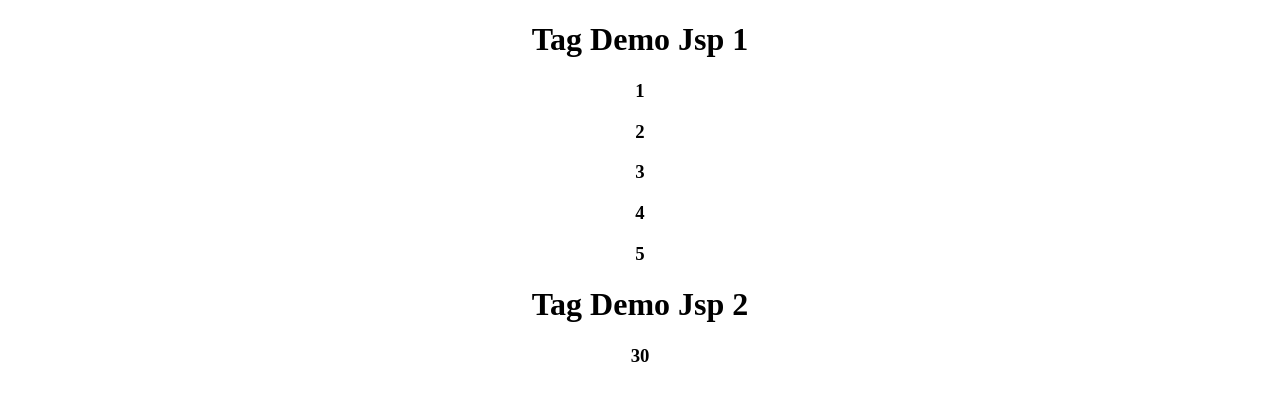
Repository: dannytayade1495/WEJE3
Page: http://localhost/jsp/TagDemo2.jsp
An editor plug-in stored every save of this project. The page is shown before and after the next save, followed by the edit.
The browser window is 1280 px wide. The pictures show the whole page.
The page is served by Tomcat 9.

Above is the page before, as saved 2023-03-23 10:59:03.

After the next save:
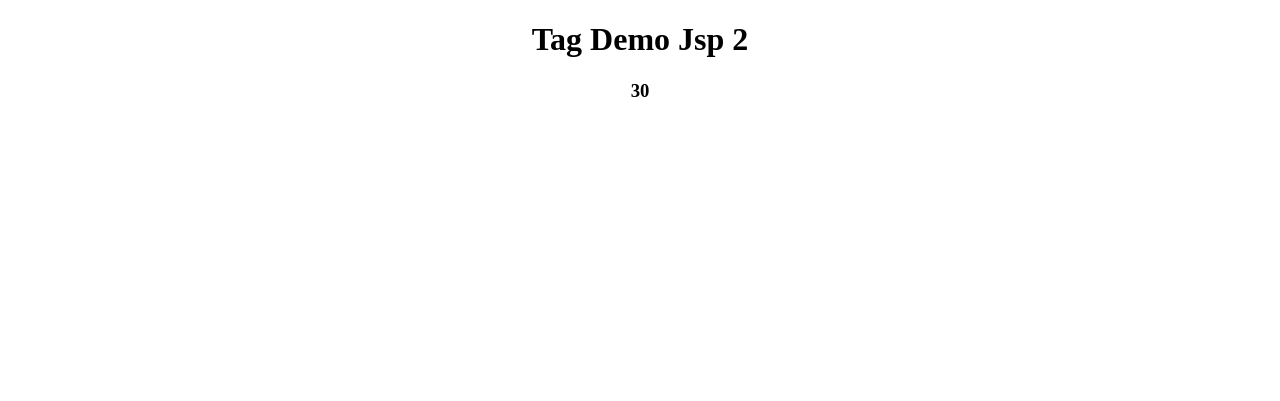
Saved 54 s later.
--- a/jsp/src/main/webapp/TagDemo2.jsp
+++ b/jsp/src/main/webapp/TagDemo2.jsp
@@ -1,6 +1,6 @@
 <%@ page language="java" contentType="text/html; charset=UTF-8"
 	pageEncoding="UTF-8"%>
-<jsp:include page="TagDemo1.jsp" />
+
 <!DOCTYPE html>
 <html>
 <head>
